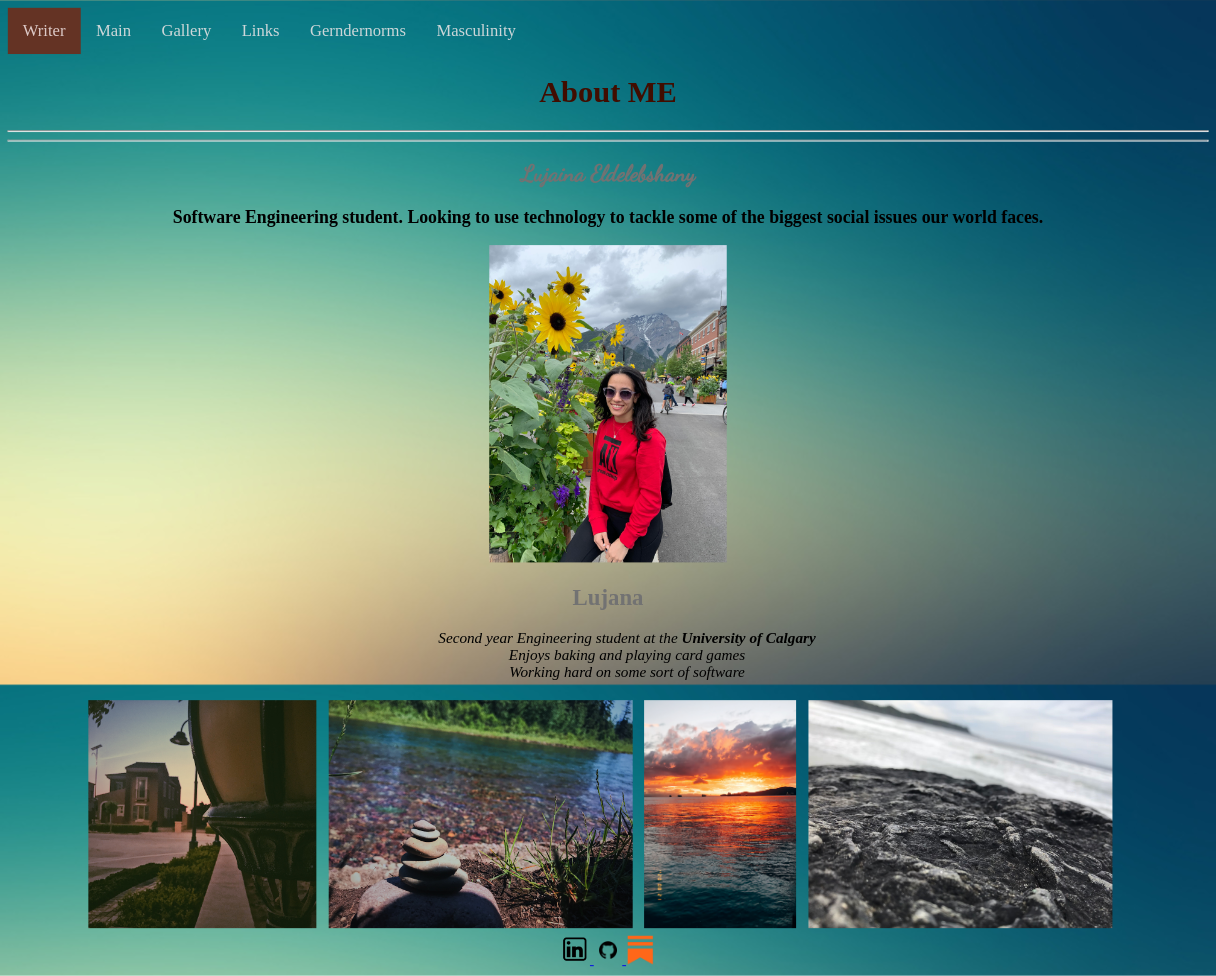
Repository: Lujaina-E/womens-rights-site
Page: founder.html
The author's editor kept a copy of each file at every save. The page is drawn from the files as they stood at one save, then again after the next save.
The browser window is 1280 px wide. The pictures show the whole page, at 95% of full size.
Backgrounds fixed to the window are drawn as part of the page. Some web fonts or font styles are not loaded; a fallback is used.

Above is the page before, as saved 2022-07-25 22:29:36.

After the next save:
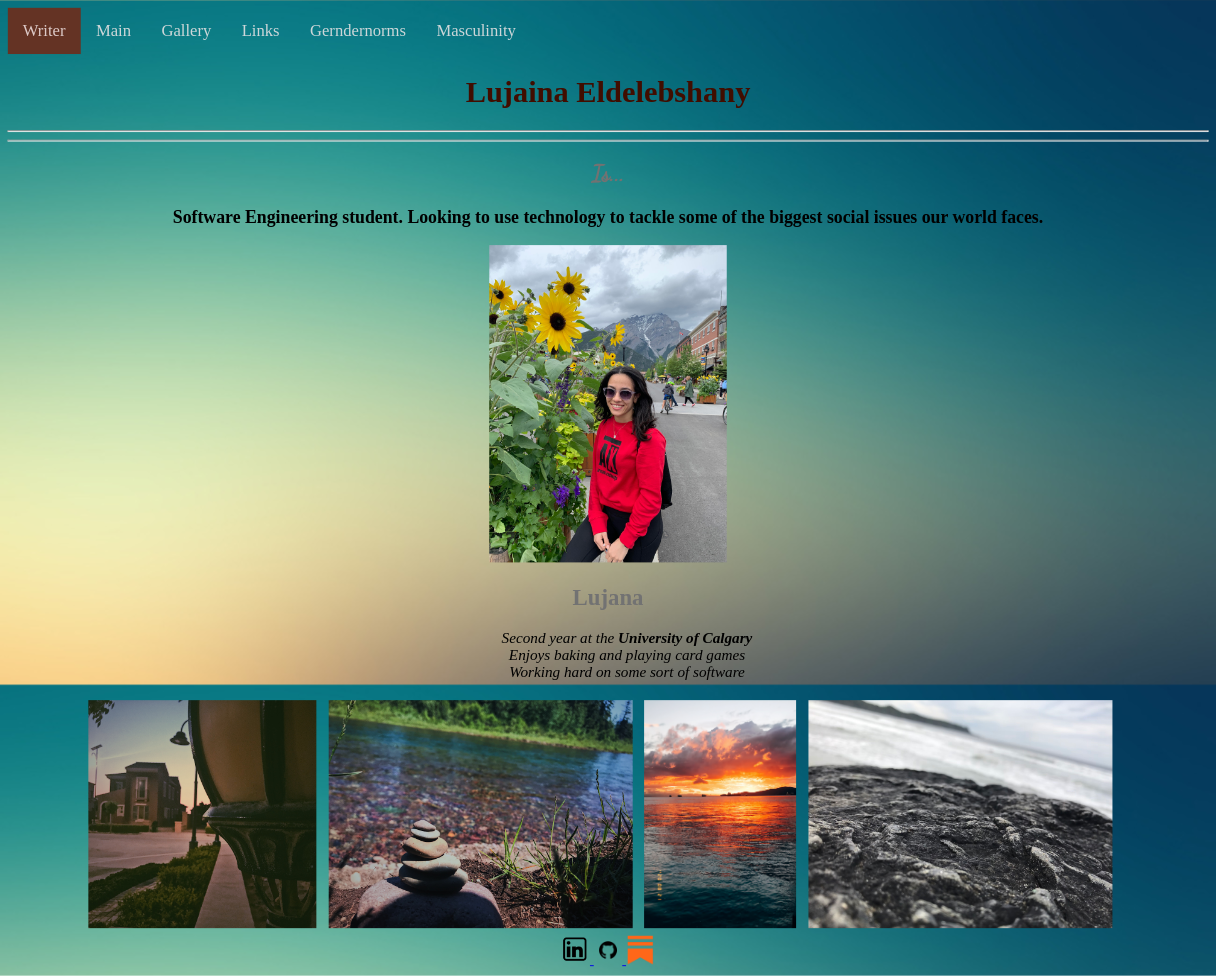
Saved 38 s later.
--- a/founder.html
+++ b/founder.html
@@ -42,17 +42,17 @@
         </a>
     </div>
 
-<h1>About ME</h1>
+<h1>Lujaina Eldelebshany</h1>
 <hr><hr>
 
-<h2 id="MyName"> Lujaina Eldelebshany</h2>
+<h2 id="MyName">Is...</h2>
 <h3>Software Engineering student. Looking to use technology to tackle some of the biggest social issues our world faces.</h3>
 <img id="myPic" src="Pictures/me.jpg" alt="Please stand by as you experience a loading error">
 <section>
 <h2>Lujana</h2>
 <p><i>
     <ul id="descriptors">
-        <li>Second year Engineering student at the <b>University of Calgary</b></li>
+        <li>Second year at the <b>University of Calgary</b></li>
         <li>Enjoys baking and playing card games </li>
         <li>Working hard on some sort of software</li>
 
